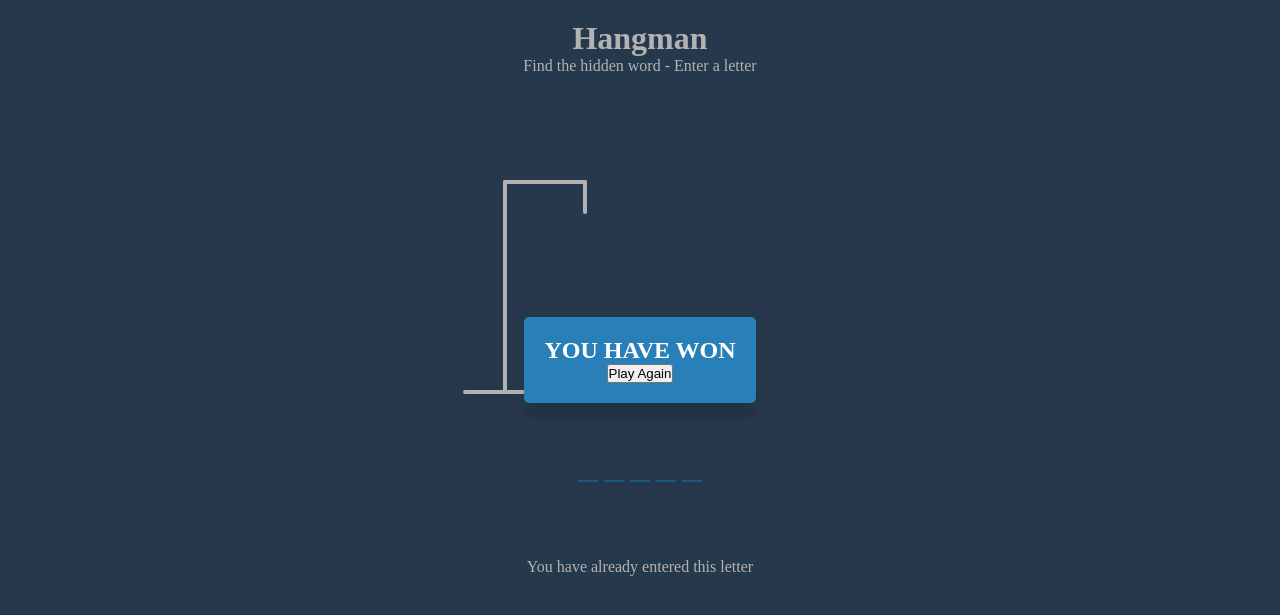
Repository: CAMPSLOPY/HangMan
Page: index.html
The author's editor kept a copy of each file at every save. The page is drawn from the files as they stood at one save, then again after a run of saves.
The browser window is 1280 px wide. The pictures show the whole page.
Some web fonts or font styles are not loaded; a fallback is used.

Above is the page before, as saved 2021-01-26 15:43:37.

After the next 7 saves:
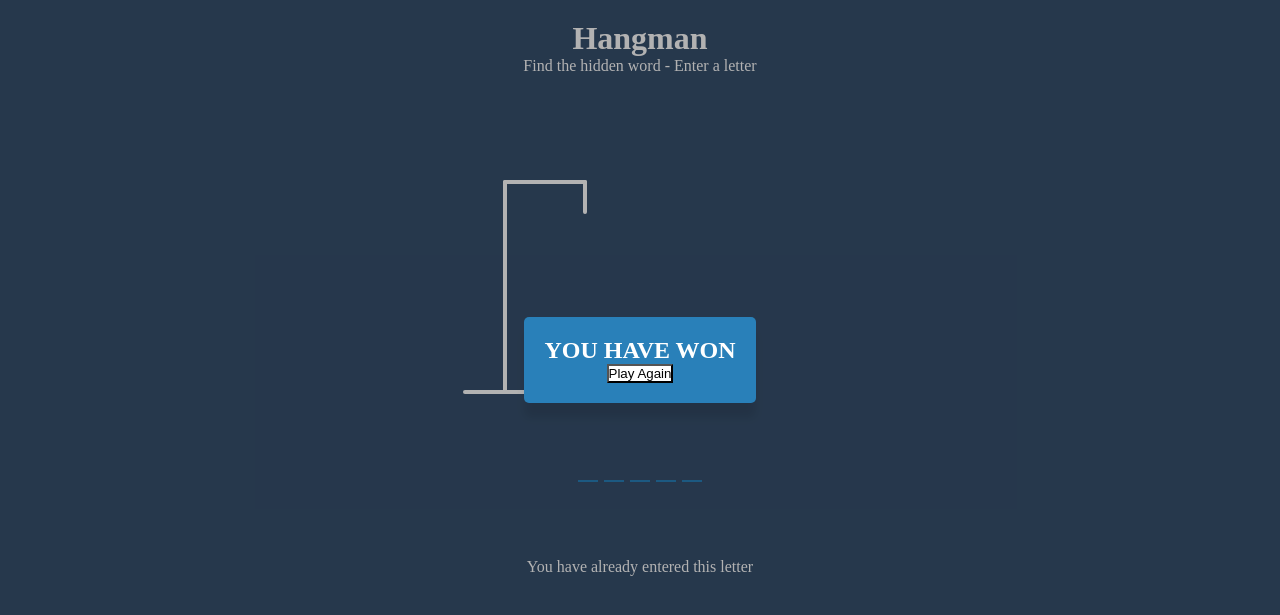
The 7 saves are shown as one change because they came seconds apart.
The last was saved 17 s later.
--- a/styles.css
+++ b/styles.css
@@ -88,3 +88,8 @@ h1 {
   padding: 20px;
   text-align: center;
 }
+
+.popup button{
+  cursor: pointer;
+  background-color: #fff;
+}
